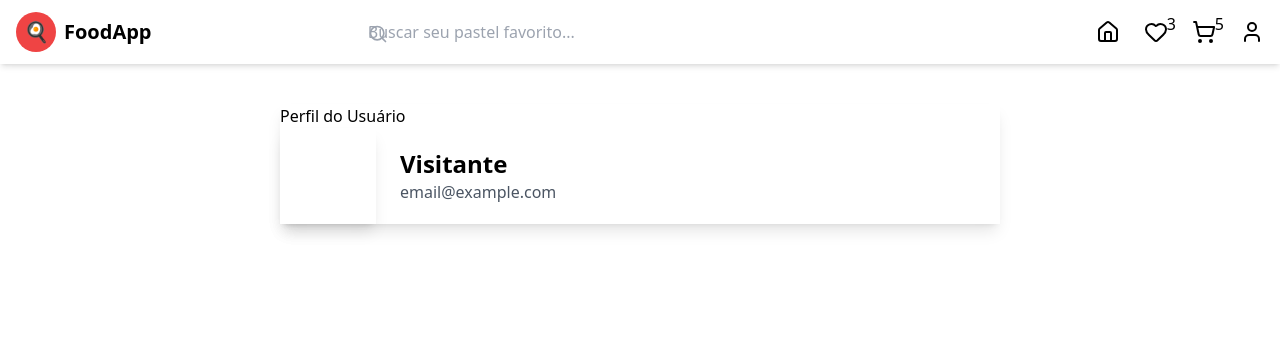
Repository: Deniihsilvaa/pastelariadoceesal
Page: /profile
These files come from the project's save history. The page is drawn as it stood at one moment and after the next save; the edit follows.
The browser window is 1280 px wide. The pictures show the whole page.
The page's requests for data from a server got no answer. The project was rebuilt for these pictures with package versions that can differ from the ones it lists, and the page was loaded fresh each time. No one was signed in, and anything a server would have sent is missing. Also part of the build but not shown: vite.config.ts, src/components/AuthForm.tsx, src/components/home/CategoryCard.tsx, src/pages/HomePage.tsx, src/components/restaurant/MenuItem.tsx, src/components/restaurant/MenuList.tsx, src/components/restaurant/RestaurantHeader.tsx, src/pages/RestaurantPage.tsx.

Above is the page before, as saved 2024-12-31 17:01:51.

### index.html
<!doctype html>
<html lang="en">

<head>
  <meta charset="UTF-8" />
  <link rel="icon" type="image/svg+xml" href="" />
  <meta name="viewport" content="width=device-width, initial-scale=1.0" />
  <title>Pastelaria Doce & Sal</title>

</head>

<body>
  <div id="root"></div>
  <script type="module" src="/src/main.tsx"></script>
</body>

</html>

### src/App.jsx
import { PrimeReactProvider } from "primereact/api";
import React from "react";
import { BrowserRouter as Router } from "react-router-dom";
import { AuthProvider } from "./contexts/AuthContext";
import { Header } from "./components/layout/Header";
import Rota from "./hooks/Rota";
function App() {
  return (
    <PrimeReactProvider value={{ unstyled: true }}>
      <Router>
        <AuthProvider>
          <Header />
          <Rota />
        </AuthProvider>
      </Router>
    </PrimeReactProvider>
  );
}

export default App;

### src/contexts/AuthContext.tsx
import { createContext, useEffect, useState } from 'react';
import { User } from '@supabase/supabase-js';
import {supabase} from '../lib/supabaseClient';

interface AuthContextType {
  user: User | null;
  loading: boolean;
  signIn: (email: string, password: string) => Promise<void>;
  signUp: (email: string, password: string) => Promise<void>;
  signOut: () => Promise<void>;
}

export const AuthContext = createContext<AuthContextType | undefined>(undefined);

export function AuthProvider({ children }: { children: React.ReactNode }) {
  const [user, setUser] = useState<User | null>(null);
  const [loading, setLoading] = useState(true);

  useEffect(() => {
    // Check active sessions and sets the user
    supabase.auth.getSession().then(({ data: { session } }) => {
      setUser(session?.user ?? null);
      setLoading(false);
    });

    // Listen for changes on auth state
    const { data: { subscription } } = supabase.auth.onAuthStateChange((_event, session) => {
      setUser(session?.user ?? null);
    });

    return () => subscription.unsubscribe();
  }, []);

  const signIn = async (email: string, password: string) => {
    const { error } = await supabase.auth.signInWithPassword({ email, password });
    if (error) throw error;
  };

  const signUp = async (email: string, password: string) => {
    const { error } = await supabase.auth.signUp({ email, password });
    if (error) throw error;
  };

  const signOut = async () => {
    const { error } = await supabase.auth.signOut();
    if (error) throw error;
  };

  return (
    <AuthContext.Provider value={{ user, loading, signIn, signUp, signOut }}>
      {children}
    </AuthContext.Provider>
  );
}

### src/components/layout/Header.tsx
// src/components/layout/Header.tsx
import { Link } from 'react-router-dom';
import { Avatar } from 'primereact/avatar';
import { Badge } from 'primereact/badge';
import { InputText } from 'primereact/inputtext';
import { Search, ShoppingCart, User, Home, Heart } from 'lucide-react';
import { useAuth } from '../../contexts/useAuth';

export function Header() {
  const { user } = useAuth();

  return (
    <header className="fixed top-0 left-0 right-0 z-50 bg-white shadow-md">
      <div className="flex items-center justify-between h-16 px-4 mx-auto max-w-7xl">
        {/* Logo */}
        <Link to="/" className="flex items-center space-x-2">
          <div className="flex items-center justify-center w-10 h-10 bg-red-500 rounded-full">
            <span className="text-xl text-white">🍳</span>
          </div>
          <span className="text-xl font-bold">FoodApp</span>
        </Link>

        {/* Search Bar */}
        <div className="flex-1 max-w-lg mx-8">
          <span className="w-full p-input-icon-left">
            <Search className="w-5 h-5 text-gray-400" />
            <InputText
              placeholder="Buscar seu pastel favorito..."
              className="w-full rounded-full"
            />
          </span>
        </div>

        {/* Navigation Links */}
        <nav className="flex items-center space-x-6">
          <Link to="/" className="nav-link">
            <Home className="w-6 h-6 hover:text-red-500" />
          </Link>
          <Link to="/favorites" className="relative nav-link">
            <Heart className="w-6 h-6 hover:text-red-500" />
            <Badge value="3" className="absolute -top-2 -right-2" />
          </Link>
          <Link to="/cart" className="relative nav-link">
            <ShoppingCart className="w-6 h-6 hover:text-red-500" />
            <Badge value="5" className="absolute -top-2 -right-2" />
          </Link>
          <Link to={user ? "/profile" : "/auth"} className="nav-link">
            {user ? (
              <Avatar
                icon="pi pi-user"
                shape="circle"
                size="xlarge"
                className="w-10 h-10 bg-gray-200 hover:shadow-lg"
              />
            ) : (
              <User className="w-6 h-6 hover:text-red-500" />
            )}
          </Link>
        </nav>
      </div>
    </header>
  );
}

### src/hooks/Rota.jsx
import { Routes, Route } from "react-router-dom";
import { useAuth } from "../contexts/useAuth.tsx";
import { AuthForm } from '../components/AuthForm.tsx';
import { HomePage } from '../pages/HomePage.tsx';
import { RestaurantPage } from '../pages/RestaurantPage';
import { Profile } from '../components/layout/profile/Profile';
const Rota = () => {
  const { user } = useAuth();

  return (
    <Routes>
      {/* Rotas públicas */}
      <Route path="/" element={<HomePage />} />
      <Route path="/auth" element={<AuthForm />} />
      <Route path="/profile" element={<Profile />} />
      <Route path="/restaurant/:id" element={<RestaurantPage />} />

      {/* Rotas privadas */}
      <Route path="*" element={<HomePage />} />
    </Routes>
  );
};

export default Rota;

### src/lib/supabaseClient.ts
import { createClient } from "@supabase/supabase-js";

const supabaseUrl = import.meta.env.VITE_SUPABASE_URL;
const supabaseKey = import.meta.env.VITE_SUPABASE_KEY;

export const supabase = createClient(supabaseUrl, supabaseKey, {
  auth: {
    storage: localStorage, // Garante que o armazenamento correto seja utilizado
    autoRefreshToken: true, // Atualiza automaticamente o token
    persistSession: true, // Mantém a sessão salva no armazenamento
    detectSessionInUrl: true, // Gerencia autenticação baseada em URL (ex.: para links mágicos)
  },
  db: {
    schema: "public", // Define o schema como "public"
  },
  realtime: {
    params: {
      eventsPerSecond: 10, // Define o número de eventos por segundo
    },
  },
  storage: {
    params: {
      cacheControl: "3600",
    },
  },
});

### src/contexts/useAuth.tsx
import { useContext } from 'react';
import {AuthContext} from '../contexts/AuthContext';

export function useAuth() {
  const context = useContext(AuthContext);
  if (context === undefined) {
    throw new Error('useAuth must be used within an AuthProvider');
  }
  return context;
}

### src/components/layout/profile/Profile.tsx
// src/components/profile/Profile.tsx
import { Avatar } from 'primereact/avatar';
import { Card } from 'primereact/card';
import { Button } from 'primereact/button';
import { useAuth } from '../../../contexts/useAuth';

export function Profile() {
  const { user } = useAuth();
    if (!user) {
        return (
            <div className="max-w-3xl p-6 mx-auto mt-20">
                <Card title="Perfil do Usuário" className="shadow-lg">
                    <div className="flex items-center space-x-6">
                        <Avatar
                            icon="pi pi-user"
                            shape="circle"
                            className="w-24 h-24 shadow-lg"
                        />
                        <div>
                            <h3 className="text-2xl font-bold">Visitante</h3>
                            <p className="text-gray-600">email@example.com</p>
                        </div>
                    </div>
                </Card>
            </div>
        );
    }
  return (
    <div className="max-w-3xl p-6 mx-auto mt-20">
      <Card title="Perfil do Usuário" className="shadow-lg">
        <div className="flex items-center space-x-6">
          <Avatar
            icon="pi pi-user"
            shape="circle"
            className="w-24 h-24 shadow-lg"
          />
          <div>
            <h3 className="text-2xl font-bold">{user?.name || "Visitante"}</h3>
            <p className="text-gray-600">{user?.email || "email@example.com"}</p>
          </div>
        </div>

        <div className="mt-6 space-y-4">
          <Button
            label="Editar Perfil"
            icon="pi pi-user-edit"
            className="w-full p-button-rounded p-button-outlined"
          />
          <Button
            label="Sair"
            icon="pi pi-sign-out"
            className="w-full p-button-danger"
          />
        </div>
      </Card>
    </div>
  );
}

### tailwind.config.js
/** @type {import('tailwindcss').Config} */
module.exports = {
  content: ["./index.html", "./src/**/*.{js,ts,jsx,tsx}"],
  theme: {
    extend: {},
  },
  plugins: [],
}

Loaded but not shown: src/main.tsx (common file); src/index.css (common file)

After the next save:
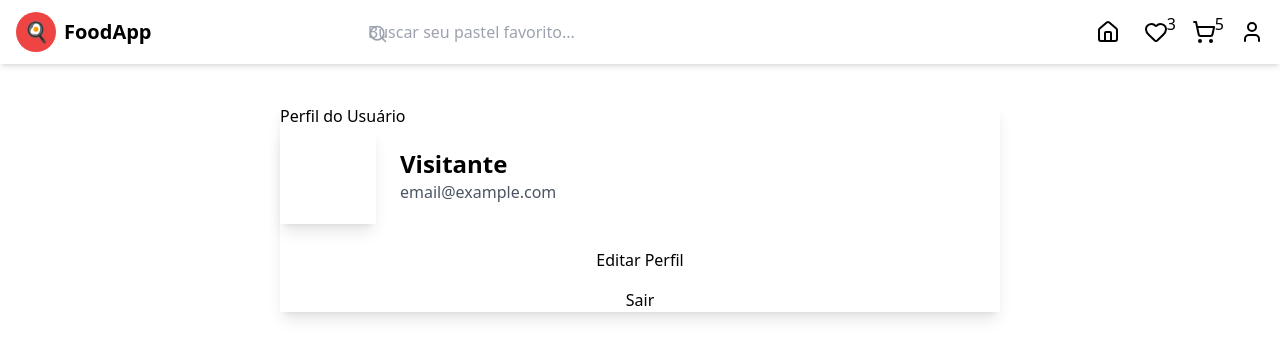
Saved 32 s later.
--- a/src/components/layout/profile/Profile.tsx
+++ b/src/components/layout/profile/Profile.tsx
@@ -6,25 +6,7 @@ import { useAuth } from '../../../contexts/useAuth';
 
 export function Profile() {
   const { user } = useAuth();
-    if (!user) {
-        return (
-            <div className="max-w-3xl p-6 mx-auto mt-20">
-                <Card title="Perfil do Usuário" className="shadow-lg">
-                    <div className="flex items-center space-x-6">
-                        <Avatar
-                            icon="pi pi-user"
-                            shape="circle"
-                            className="w-24 h-24 shadow-lg"
-                        />
-                        <div>
-                            <h3 className="text-2xl font-bold">Visitante</h3>
-                            <p className="text-gray-600">email@example.com</p>
-                        </div>
-                    </div>
-                </Card>
-            </div>
-        );
-    }
+
   return (
     <div className="max-w-3xl p-6 mx-auto mt-20">
       <Card title="Perfil do Usuário" className="shadow-lg">
